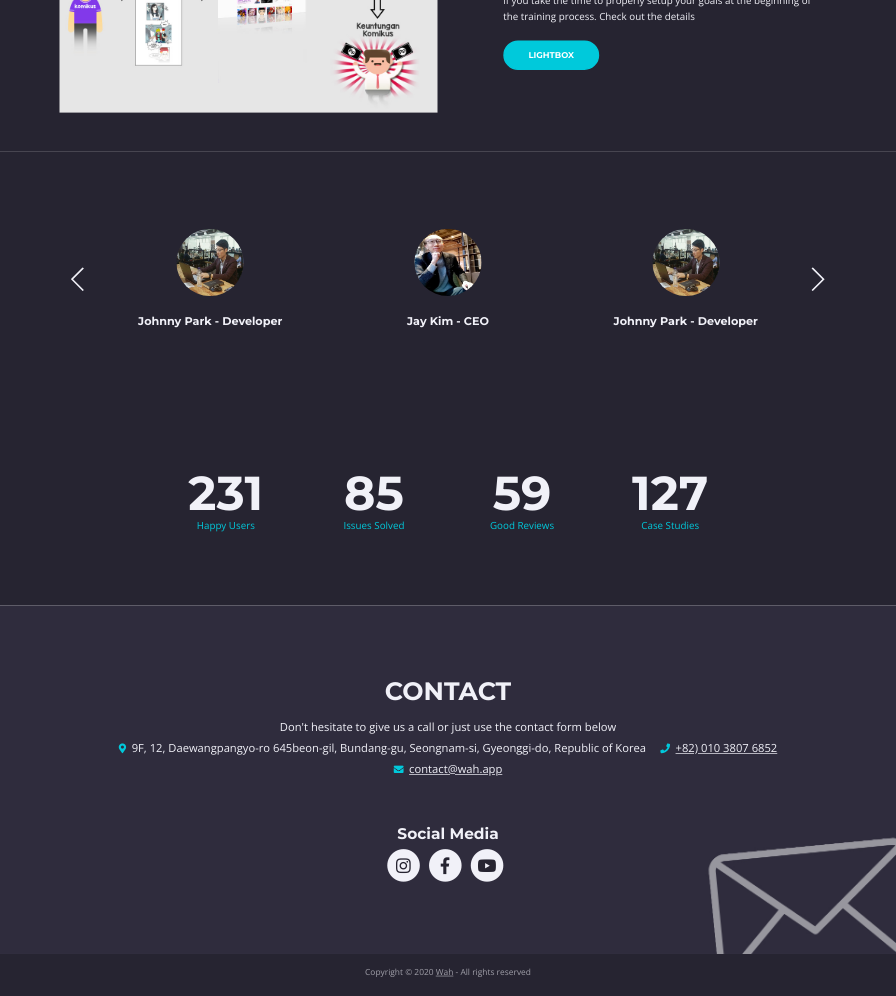
Repository: blackhat97/Homepage
Page: index.html
These files come from the project's save history. The page is drawn as it stood at one moment and after the next save; the edit follows.
The browser window is 1280 px wide. The pictures show the part of the page from y = 2047 to 3967 px (the page is 3470 px tall before and 3967 px after), at 70% of full size.

Above is the page before, as saved 2020-04-03 12:23:11.

After the next save:
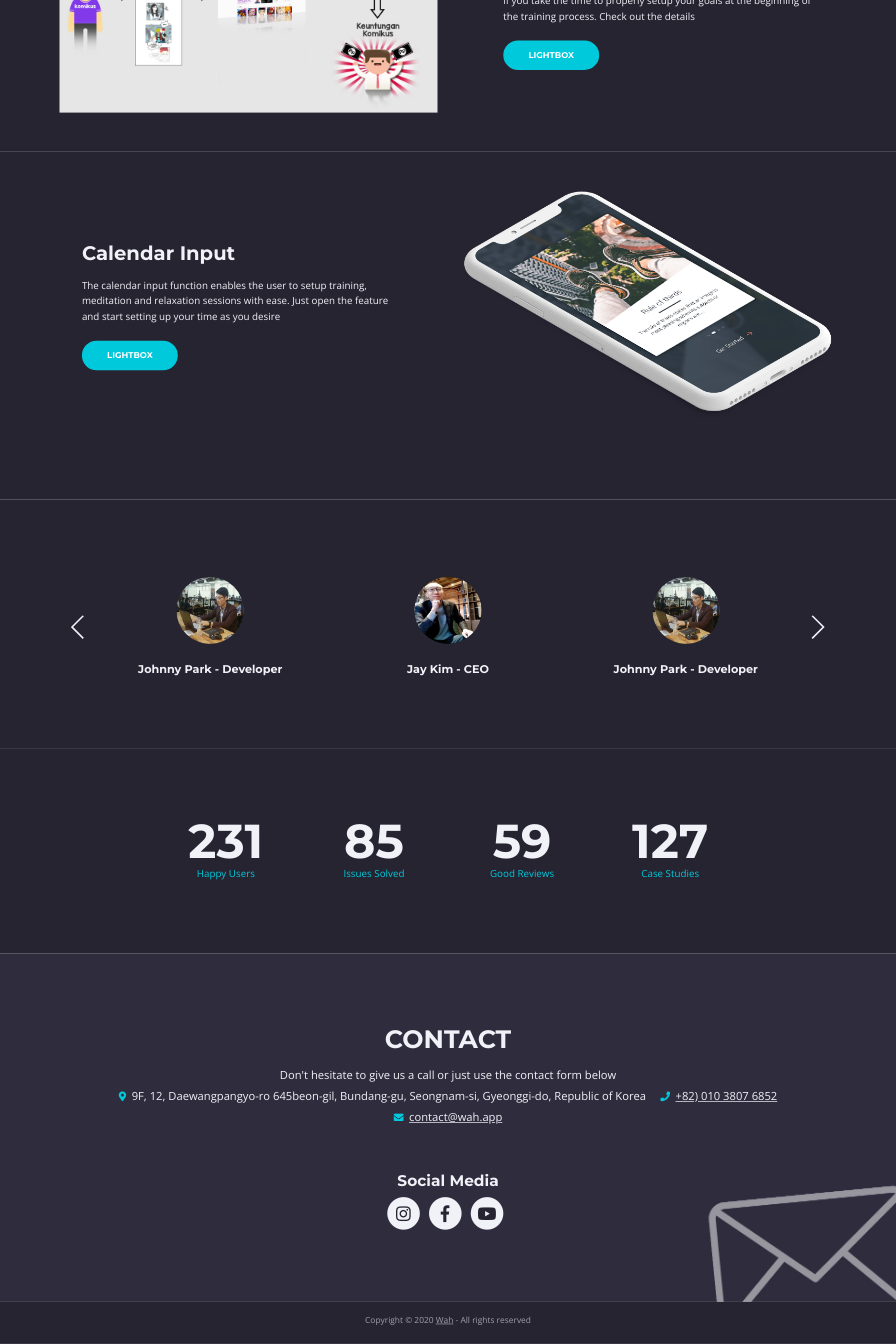
Saved 47 s later.
--- a/index.html
+++ b/index.html
@@ -235,6 +235,28 @@
     </div> <!-- end of basic-2 -->
     <!-- end of details 1 -->
 
+
+    <!-- Details 2 -->
+    <div class="basic-3">
+        <div class="second">
+            <div class="container">
+                <div class="row">
+                    <div class="col-lg-6">
+                        <div class="text-container">
+                            <h3>Calendar Input</h3>
+                            <p>The calendar input function enables the user to setup training, meditation and relaxation sessions with ease. Just open the feature and start setting up your time as you desire</p>
+                            <a class="btn-solid-reg popup-with-move-anim" href="#details-lightbox-2">LIGHTBOX</a>
+                        </div> <!-- end of text-container -->
+                    </div> <!-- end of col -->
+                    <div class="col-lg-6">
+                        <img class="img-fluid" src="images/details-2-iphone.png" alt="alternative">
+                    </div> <!-- end of col -->
+                </div> <!-- end of row -->
+            </div> <!-- end of container -->
+        </div> <!-- end of second -->
+    </div> <!-- end of basic-3 -->
+    <!-- end of details 2 -->
+
     <!-- Testimonials -->
     <div class="slider-1">
         <div class="container">
